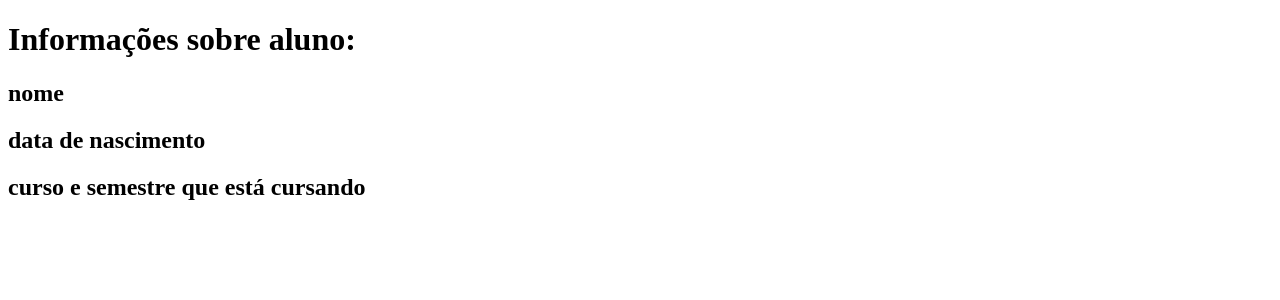
Repository: RodrigoModesto33/Estudos-JavaWeb
Page: CatalogoDeFilmes/WebContent/info-aluno.html
These files come from the project's save history. The page is drawn as it stood at one moment and after the next save; the edit follows.
The browser window is 1280 px wide. The pictures show the whole page.

Above is the page before, as saved 2021-02-21 19:00:48.

After the next save:
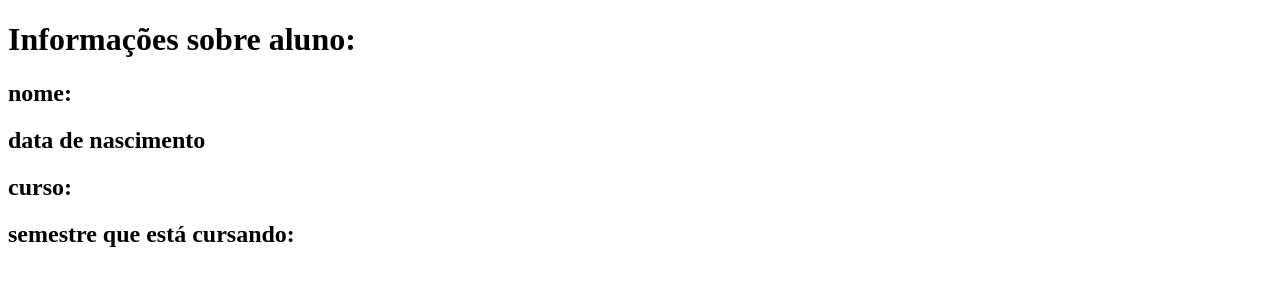
Saved 48 s later.
--- a/CatalogoDeFilmes/WebContent/info-aluno.html
+++ b/CatalogoDeFilmes/WebContent/info-aluno.html
@@ -6,7 +6,8 @@
 </head>
 <body>
 <h1>Informações sobre aluno:</h1>
-<h2>nome</h2> <h2>data de nascimento</h2>
-<h2> curso e semestre que está cursando</h2>
+<h2>nome:</h2> <h2>data de nascimento</h2>
+<h2> curso: </h2>
+<h2>semestre que está cursando:</h2>
 </body>
 </html>
